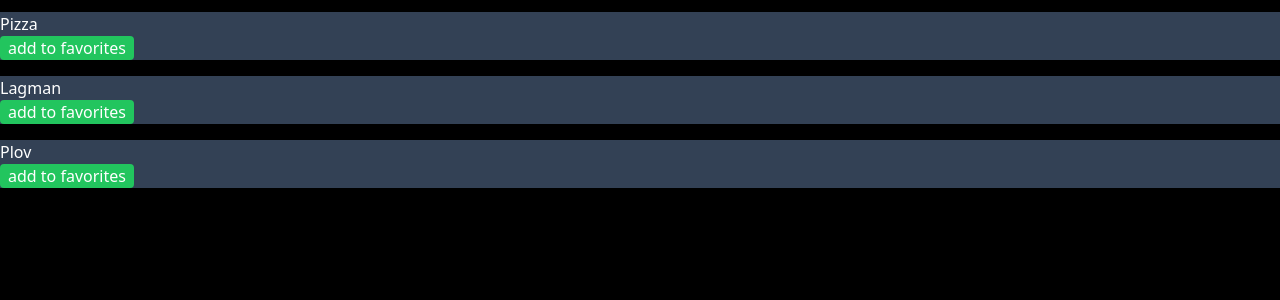
Repository: Nurlan-Bakenbaev/redux-tools
Page: /
The author's editor kept a copy of each file at every save. The page is drawn from the files as they stood at one save, then again after the next save.
The browser window is 1280 px wide. The pictures show the whole page.
The project was rebuilt for these pictures with package versions that can differ from the ones it lists, and the page was loaded fresh each time. Also part of the build but not shown: vite.config.js.

Above is the page before, as saved 2023-10-22 22:14:29.

### src/App.jsx
import RicipeItem from "./RicipeItem";

function App() {
  return (
    <>
      <div className="flex flex-col gap-4 py-3">
        <RicipeItem recipe={{ id: 1, name: "Pizza" }} />
        <RicipeItem recipe={{ id: 2, name: "Lagman" }} />
        <RicipeItem recipe={{ id: 3, name: "Plov" }} />
      </div>
    </>
  );
}

export default App;

### src/index.css
@tailwind base;
@tailwind components;
@tailwind utilities;

body {
  background: black;
  color: white;
}

### src/store/store.js
import { configureStore } from "@reduxjs/toolkit"
import {reducer} from "../features/favoritesSlice"


 export const store = configureStore({
  reducer: {reducer},

});

### src/RicipeItem.jsx
import React from "react";

const RicipeItem = ({ recipe }) => {
  return (
    <div className="bg-slate-700 ">
      <div>{recipe.name}</div>
      <button className="px-2 bg-green-500 rounded"> add to favorites</button>
    </div>
  );
};

export default RicipeItem;

### src/features/favoritesSlice.js
import { createSlice } from "@reduxjs/toolkit";


const initialState = [];
export const favoritesSlice = createSlice({
  name: "favorites",
  initialState,
  reducers: {
    toggleFavorites: (state, { payload: recipe }) => {
      const isExits = state.some((r) => r.id === recipe.id);
      if (isExits) {
        state = state.filter((r) => r.id !== recipe.id);
      }
      state.push(recipe);
    },
  },
});
export const {action,reducer} = favoritesSlice

Loaded but not shown: index.html (common file); src/main.jsx (common file); tailwind.config.js (common file)

After the next save:
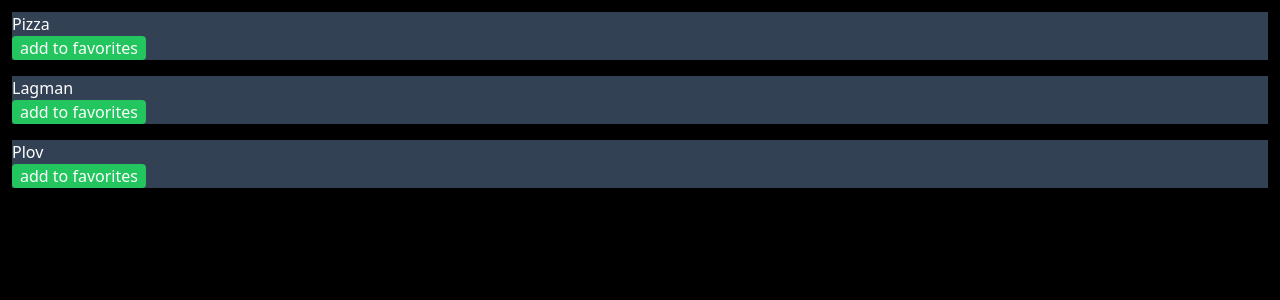
Saved 10 s later.
--- a/src/App.jsx
+++ b/src/App.jsx
@@ -3,7 +3,7 @@ import RicipeItem from "./RicipeItem";
 function App() {
   return (
     <>
-      <div className="flex flex-col gap-4 py-3">
+      <div className="flex flex-col gap-4 p-3">
         <RicipeItem recipe={{ id: 1, name: "Pizza" }} />
         <RicipeItem recipe={{ id: 2, name: "Lagman" }} />
         <RicipeItem recipe={{ id: 3, name: "Plov" }} />
